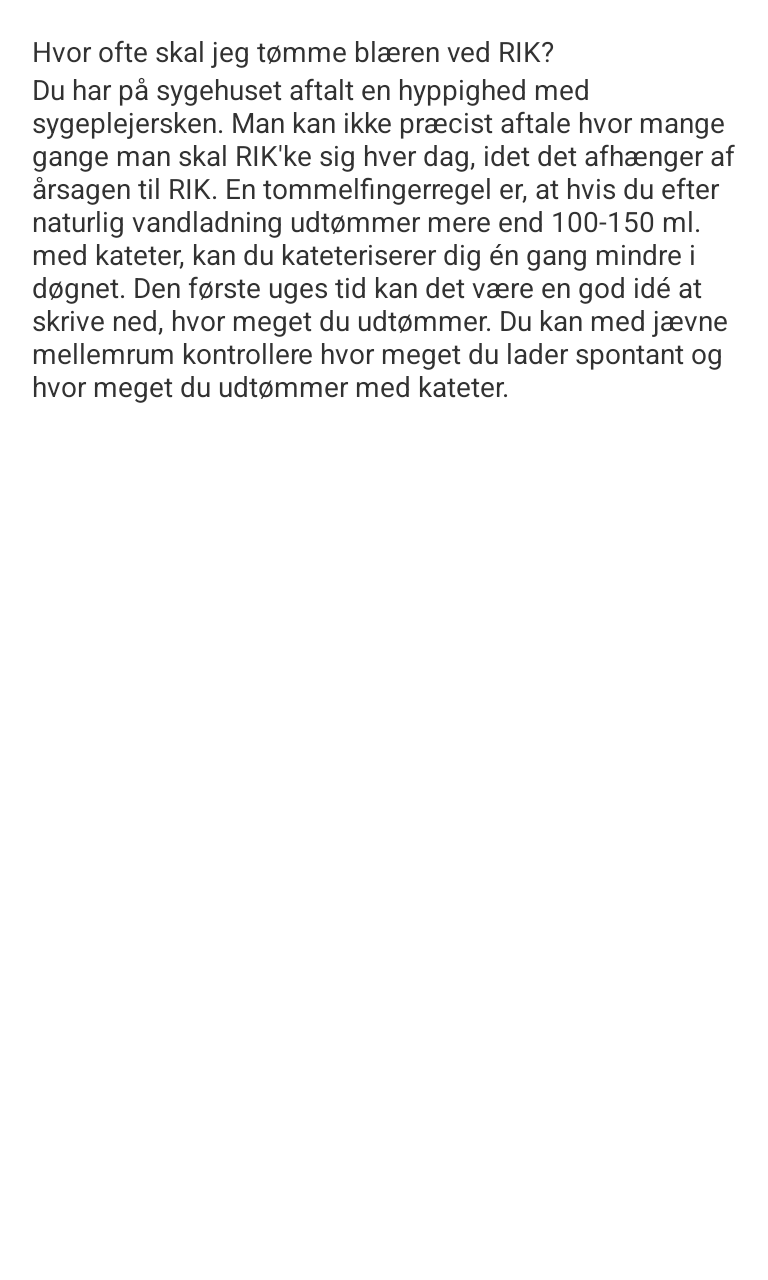
Repository: KingApollo/RIKapp2
Layout: RIKapp/res/layout/activity_information.xml
The author's editor kept a copy of each file at every save. The layout is drawn from the files as they stood at one save, then again after the next save.
It is drawn on a 768 x 1280 px phone screen (xhdpi) without system bars, with theme android:Theme.Light.NoTitleBar; the app's code is not run.

Above is the layout before, as saved 2014-10-08 10:50:51.

### RIKapp/res/layout/activity_information.xml
<RelativeLayout xmlns:android="http://schemas.android.com/apk/res/android"
    xmlns:tools="http://schemas.android.com/tools"

    android:layout_width="match_parent"
    android:layout_height="match_parent"
    android:paddingBottom="@dimen/activity_vertical_margin"
    android:paddingLeft="@dimen/activity_horizontal_margin"
    android:paddingRight="@dimen/activity_horizontal_margin"
    android:paddingTop="@dimen/activity_vertical_margin"
    tools:context="dk.ucn.datamatiker.rikapp.Information" >



    <!-- Clickable title -->
<TextView   android:id="@+id/help_title_gest"
            android:text="@string/howOftenQuestion"
            android:clickable="true"
            android:onClick="toggle_contents"
            android:layout_width="wrap_content"
            android:layout_height="wrap_content"/>

<!--content to hide/show -->

<TextView
    android:id="@+id/txt_help_gest"
    android:layout_width="wrap_content"
    android:layout_height="wrap_content"
    android:layout_alignLeft="@+id/help_title_gest"
    android:layout_below="@+id/help_title_gest"
    android:text="@string/howOftenAnswer" />

</RelativeLayout>

### RIKapp/res/values/strings.xml
<?xml version="1.0" encoding="utf-8"?>
<resources>

    <string name="app_name">RIKapp</string>
    <string name="hello_world">Hello world!</string>
    <string name="action_settings">Settings</string>
    <string name="title_activity_hyg">Hyg</string>
    <string name="hygiejne_btn">Hygiejne</string>
    <string name="maaling_btn">Måling</string>
    <string name="title_activity_maalinger">Maalinger</string>
    <string name="skema_btn">Skema</string>
    <string name="title_activity_skema">Skema</string>
    <string name="title_activity_information">Information</string>
    <string name="howOftenAnswer">Du har på sygehuset aftalt en hyppighed med sygeplejersken. Man kan ikke præcist aftale hvor mange gange man skal RIK'ke sig hver dag, idet det afhænger af årsagen til RIK. En tommelfingerregel er, at hvis du efter naturlig vandladning udtømmer mere end 100-150 ml. med kateter, kan du kateteriserer dig én gang mindre i døgnet. Den første uges tid kan det være en god idé at skrive ned, hvor meget du udtømmer. Du kan med jævne mellemrum kontrollere hvor meget du lader spontant og hvor meget du udtømmer med kateter.</string>
    <string name="howOftenQuestion">Hvor ofte skal jeg tømme blæren ved RIK?</string>

</resources>

Loaded but not shown: RIKapp/res/values/dimens.xml (common file); RIKapp/res/values-w820dp/dimens.xml (common file)

After the next save:
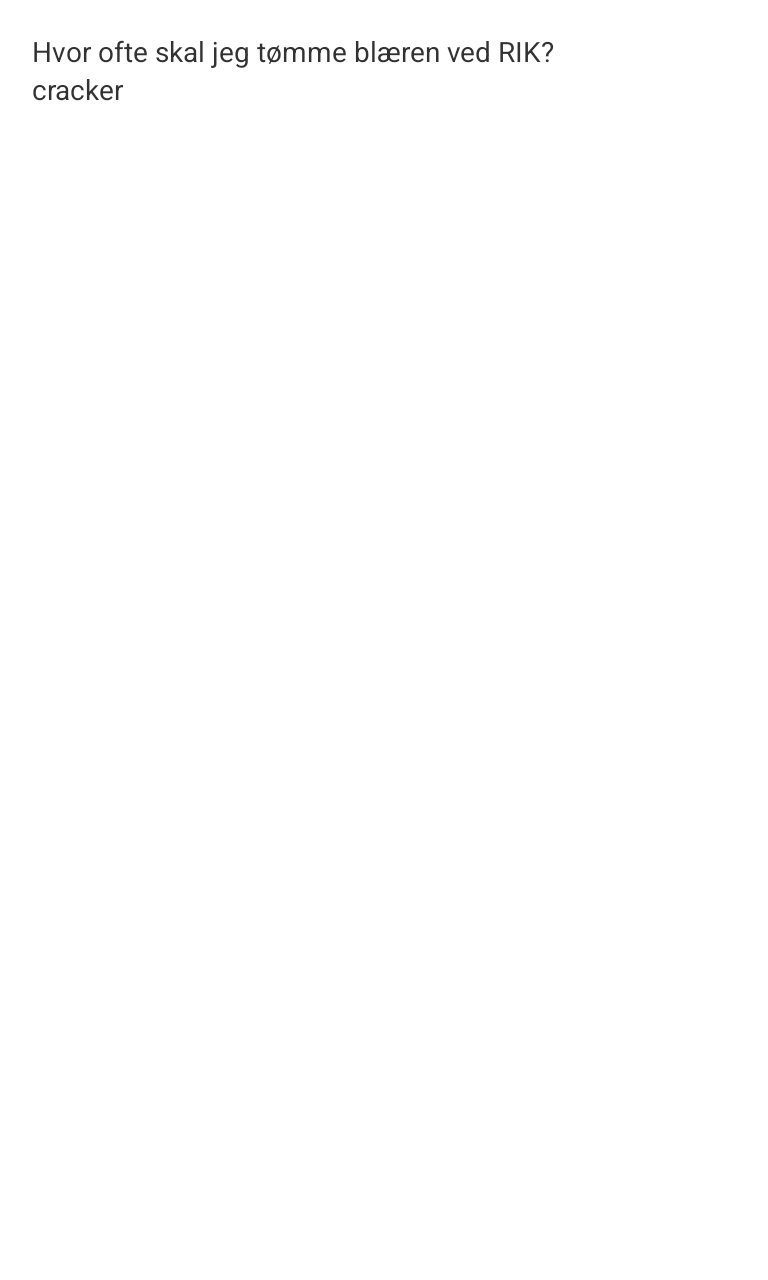
Saved 2 min 24 s later.
--- a/RIKapp/res/values/strings.xml
+++ b/RIKapp/res/values/strings.xml
@@ -11,7 +11,7 @@
     <string name="skema_btn">Skema</string>
     <string name="title_activity_skema">Skema</string>
     <string name="title_activity_information">Information</string>
-    <string name="howOftenAnswer">Du har på sygehuset aftalt en hyppighed med sygeplejersken. Man kan ikke præcist aftale hvor mange gange man skal RIK'ke sig hver dag, idet det afhænger af årsagen til RIK. En tommelfingerregel er, at hvis du efter naturlig vandladning udtømmer mere end 100-150 ml. med kateter, kan du kateteriserer dig én gang mindre i døgnet. Den første uges tid kan det være en god idé at skrive ned, hvor meget du udtømmer. Du kan med jævne mellemrum kontrollere hvor meget du lader spontant og hvor meget du udtømmer med kateter.</string>
+    <string name="howOftenAnswer">cracker</string>
     <string name="howOftenQuestion">Hvor ofte skal jeg tømme blæren ved RIK?</string>
 
 </resources>

After the save that followed:
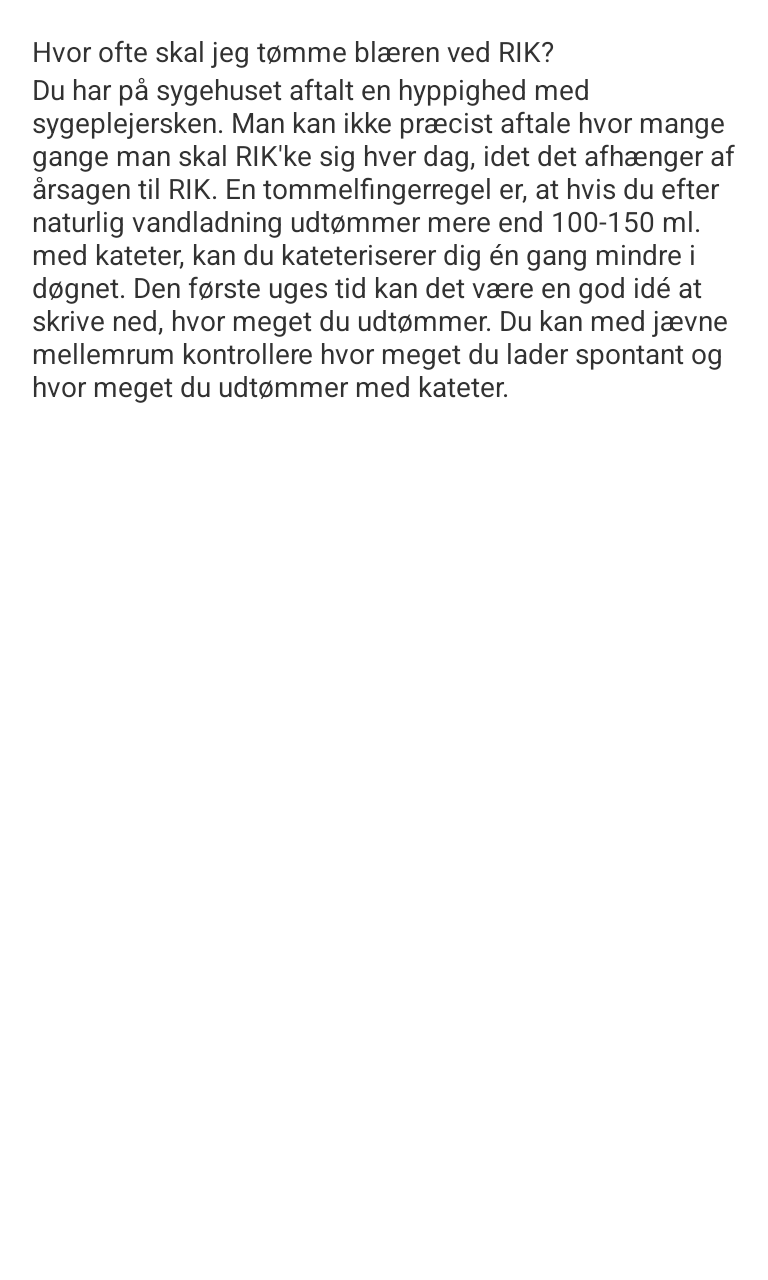
Saved 36 s later.
--- a/RIKapp/res/values/strings.xml
+++ b/RIKapp/res/values/strings.xml
@@ -11,7 +11,7 @@
     <string name="skema_btn">Skema</string>
     <string name="title_activity_skema">Skema</string>
     <string name="title_activity_information">Information</string>
-    <string name="howOftenAnswer">cracker</string>
+    <string name="howOftenAnswer">Du har på sygehuset aftalt en hyppighed med sygeplejersken. Man kan ikke præcist aftale hvor mange gange man skal RIK'ke sig hver dag, idet det afhænger af årsagen til RIK. En tommelfingerregel er, at hvis du efter naturlig vandladning udtømmer mere end 100-150 ml. med kateter, kan du kateteriserer dig én gang mindre i døgnet. Den første uges tid kan det være en god idé at skrive ned, hvor meget du udtømmer. Du kan med jævne mellemrum kontrollere hvor meget du lader spontant og hvor meget du udtømmer med kateter.</string>
     <string name="howOftenQuestion">Hvor ofte skal jeg tømme blæren ved RIK?</string>
 
 </resources>
